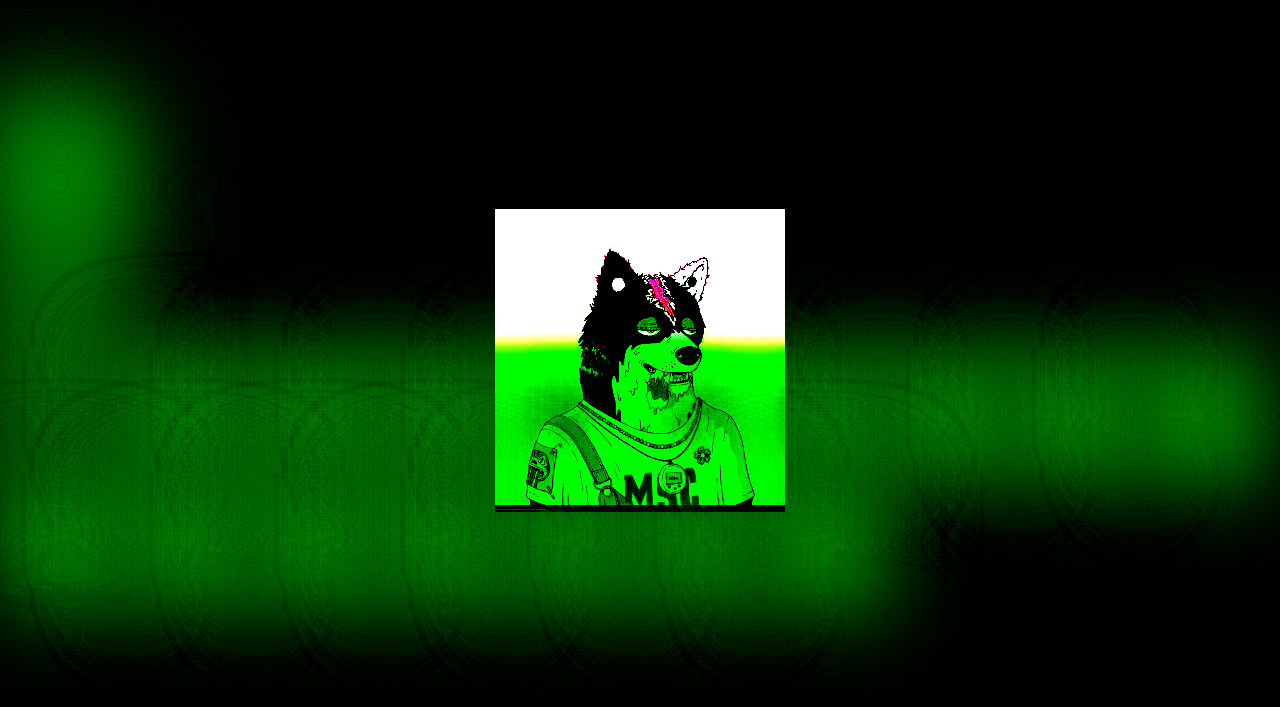
Repository: CSituma/MSCfanArt
Page: index.html
An editor plug-in stored every save of this project. The page is shown before and after the next save, followed by the edit.
The browser window is 1280 px wide. The pictures show the whole page.
Some web libraries are served in a nearby version.

Above is the page before, as saved 2022-02-18 03:11:44.

After the next save:
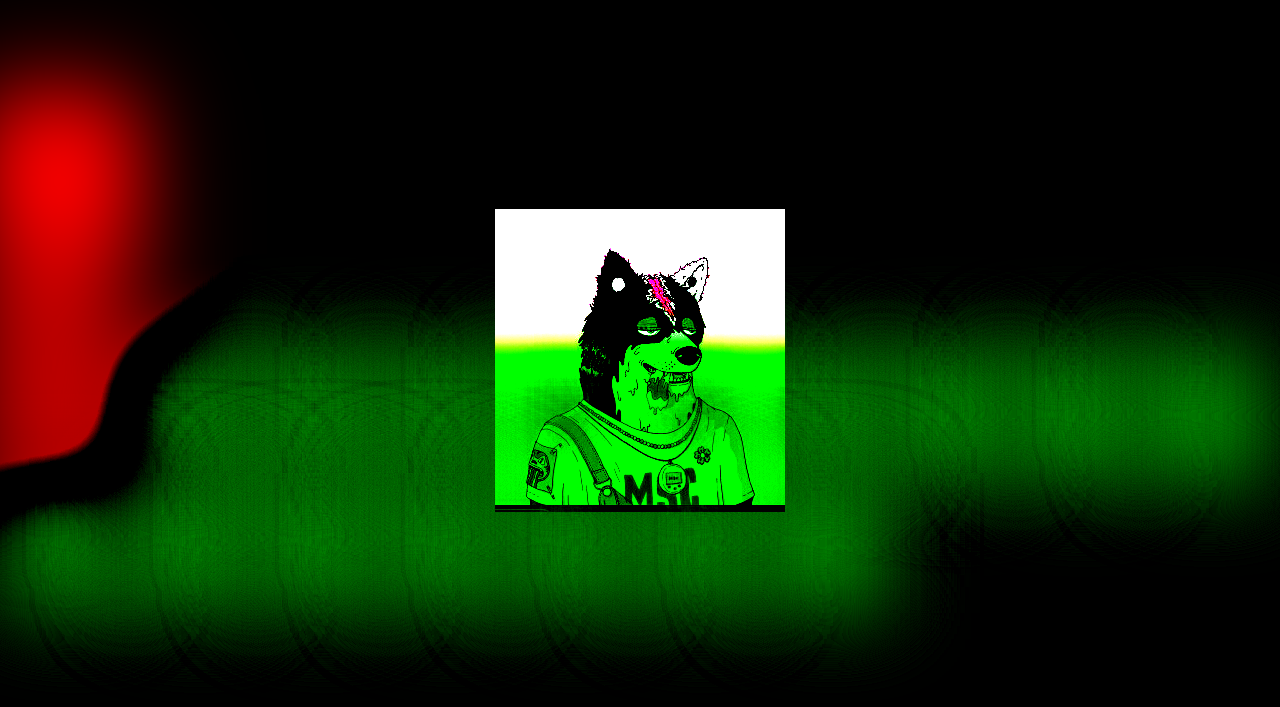
Saved 19 s later.
--- a/style.css
+++ b/style.css
@@ -30,7 +30,7 @@
     animation: animate 30s ease-in-out infinite;
 }
 
-.Alpha{
+.Alpha div{
     width: 140px;
 
     height: 140px;
